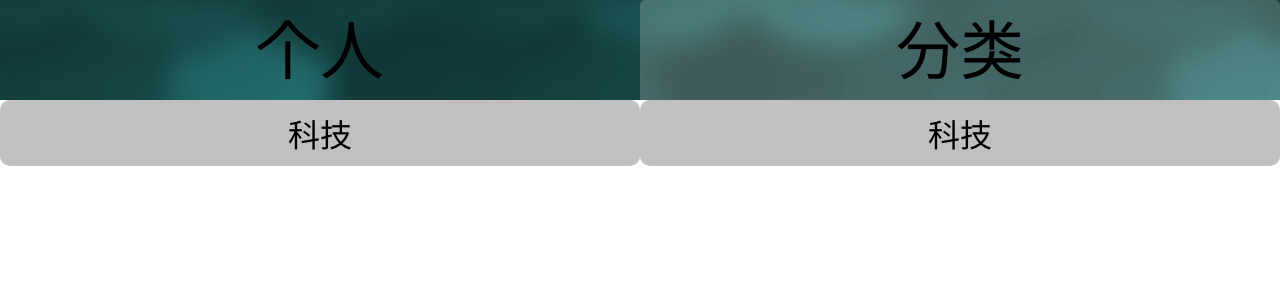
Repository: aoandxie/AoNews
Page: AoNews/WebContent/classify.html
An editor plug-in stored every save of this project. The page is shown before and after the next save, followed by the edit.
The browser window is 1280 px wide. The pictures show the whole page.

Above is the page before, as saved 2017-03-05 16:00:06.

After the next save:
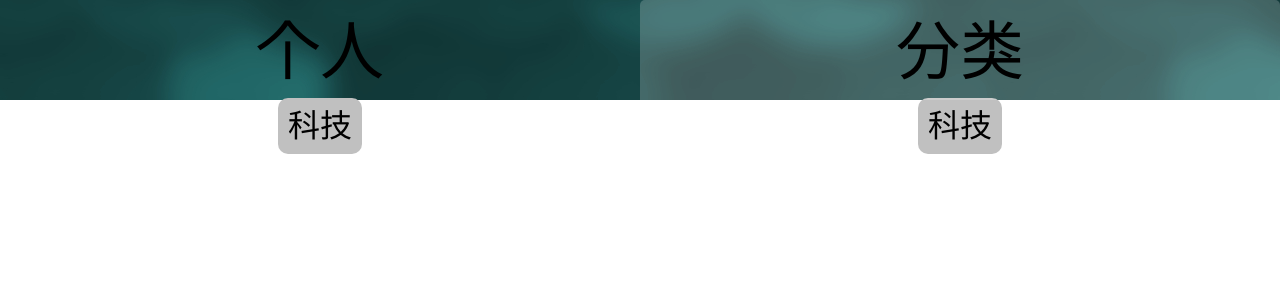
Saved 93 s later.
--- a/AoNews/WebContent/common_style.css
+++ b/AoNews/WebContent/common_style.css
@@ -121,7 +121,6 @@ a{
 }
 
 .ClassBox a{
-	display: block;
 	font-size: 2em;
 	padding: 10px;
 	border-radius: 10px;
